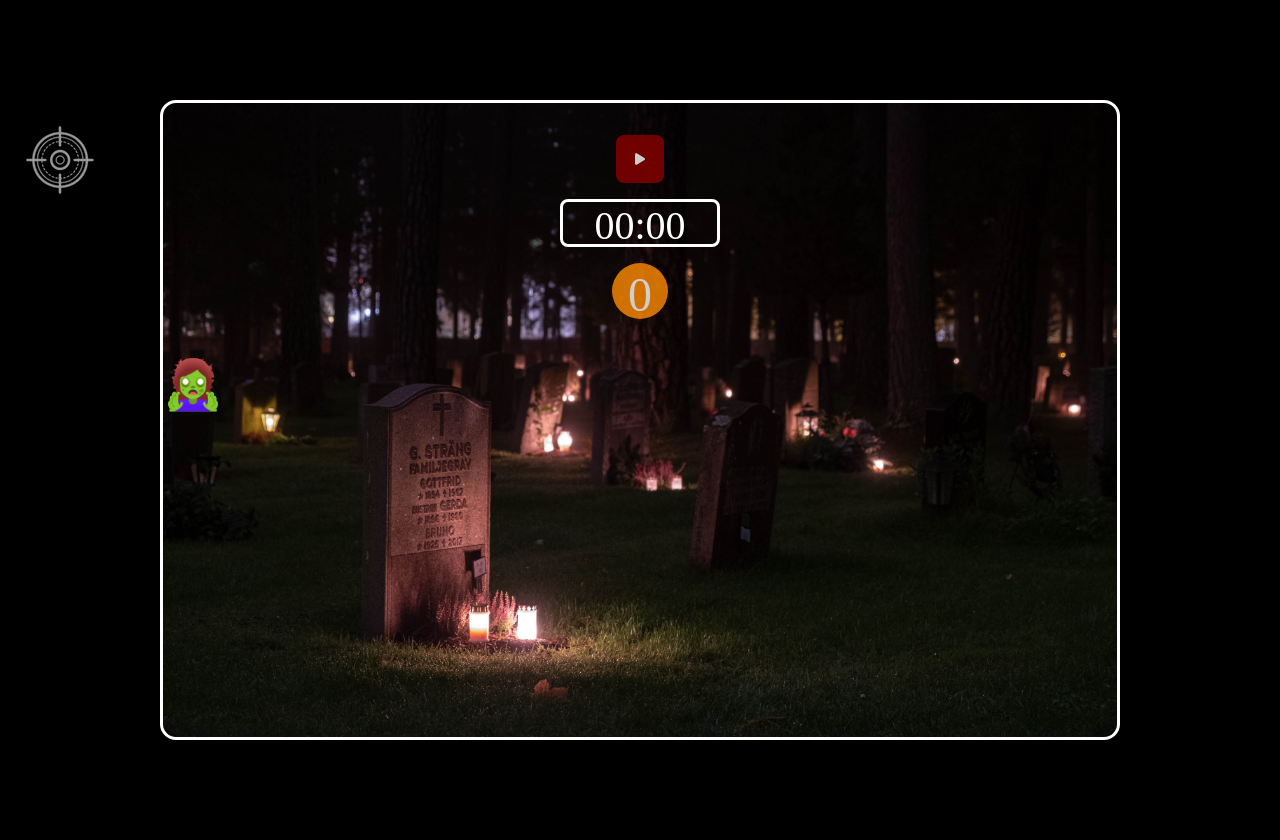
Repository: MrJinkyu/ZombieGame
Page: index.html
An editor plug-in stored every save of this project. The page is shown before and after the next save, followed by the edit.
The browser window is 1280 px wide. The pictures show the whole page.
Some web libraries are served in a nearby version.

Above is the page before, as saved 2023-04-09 13:29:11.

### index.html
<!DOCTYPE html>
<html lang="en">
<head>
    <meta charset="UTF-8">
    <meta http-equiv="X-UA-Compatible" content="IE=edge">
    <meta name="viewport" content="width=device-width, initial-scale=1.0">
    <title>Zombie Game</title>
    <link rel="stylesheet" href="style.css">
    <script src="main.js" defer></script>
    <script src="https://kit.fontawesome.com/83424fe51a.js" crossorigin="anonymous"></script>
</head>
<body>
    <img src="img/target.png" alt="target" class="game__target">
    <section class="game">
        <haeder class="game__header">
            <button class="game__btn">
                <i class="fa-sharp fas fa-play"></i>
            </button>
            <span class="game__timer">00:00</span>
            <span class="game__score">0</span>
        </haeder>
        <section class="game__field">
            <span class="zombie">🧟‍♂️</span>
            <span class="zombie">🧟</span>
            <span class="zombie">🧟‍♀️</span>
        </section>
    </section>
    <section class="pop-up">
        <button class="pop-up__refresh">
            <i class="fa fa-rotate-right"></i>
        </button>
        <div class="pop-up__message">Replay❓</div>
    </section>
</body>
</html>

### style.css
*{
    box-sizing: border-box;
    margin: 0;
    padding: 0;
}

body{
    background-color: black;
}

.game{
    background: url('img/background.jpg') center/cover;
    width: 60rem;
    height: 40rem;
    border: 0.2rem solid white;
    border-radius: 1rem;
    margin: 100px auto;
}

.game__target{
    position: absolute;
    opacity: 0.6;
    z-index: 1;
}

.game__header{
    display: flex;
    flex-direction: column;
    align-items: center;
    height: 40%;
}

.game__btn{
    margin-top: 2rem;
    width: 3rem;
    height: 3rem;
    background-color: darkred;
    color: white;
    border: none;
    border-radius: 0.5rem;
    outline: none;
    opacity: 0.8;
    transition: all 200ms ease-in;
    z-index: 1;
}

.game__btn:hover{
    transform: scale(1.1);
    opacity: 1;
}

.game__timer{
    margin-top: 1rem;
    width: 10rem;
    height: 3rem;
    border-radius: 0.5rem;
    border: 3px solid white;
    color: white;
    line-height: 3rem;
    font-size: 2.5rem;
    cursor: auto;
    user-select: none;
    text-align: center;
}

.game__score{
    margin-top: 1rem;
    width: 3.5rem;
    height: 3.5rem;
    font-size: 3rem;
    line-height: 4rem;
    border-radius: 50%;
    background-color: darkorange;
    color: white;
    cursor: auto;
    user-select: none;
    opacity: 0.8;
    text-align: center;
}

.game__field{
    width: 100%;
    height: 60%;
    position: relative;
}

.zombie{
    position: absolute;
    font-size: 3rem;
    transition: all 200ms ease-in;
}

.zombie:hover{
    transform: scale(1.1);
}

.pop-up{
    width: 25rem;
    height: 10rem;
    background-color: #00000090;
    text-align: center;
    margin: 0 auto;
    transform: translateY(-20rem);
    display: none;

}

.pop-up.vidible{
    display: block;

}

.pop-up__refresh{
    width: 3rem;
    height: 3rem;
    margin-top: 2rem;
    background-color: white;
    color: darkorange;
    border-radius: 50%;
    border: 2px solid darkorange;
    font-size: 1.5rem;
    transition: all 200ms ease-in;
}

.pop-up__refresh:hover{
    transform: rotate(360deg);
}

.pop-up__message{
    margin-top: 0.5rem;
    color: red;
    font-size: 2rem;
}

### main.js
'use strict';

const gameField = document.querySelector('.game__field');
const fieldRect = gameField.getBoundingClientRect();
const zombie = document.querySelector('.zombie');
const zombieRect = zombie.getBoundingClientRect();

function init(){
    addZombie('zombie','🧟‍♂️',3);
    addZombie('zombie','🧟',3);
    addZombie('zombie','🧟‍♀️',3);
}

function addZombie(className,zombieType,count){
    for(let i=0; i<count; i++){
        const zombie = document.createElement('span');
        zombie.setAttribute('class',className);
        zombie.innerHTML = zombieType;
        const x = randomNumber(fieldRect.width-zombieRect.width);
        const y = randomNumber(fieldRect.height-zombieRect.height);
        zombie.style.left = `${x}px`;
        zombie.style.top = `${y}px`;
        gameField.appendChild(zombie);
    }
}

function randomNumber(max){
    return Math.floor(Math.random()*max);
}

























const target = document.querySelector('.game__target');
const field = document.querySelector('.game__field');

window.addEventListener('load',()=>{
    const targetRect = target.getBoundingClientRect();
    document.addEventListener('mousemove',(e)=>{
        target.style.transform = `translate(${e.clientX-targetRect.width/2}px,${e.clientY-targetRect.height/2-100}px)`;
    });
});

After the next save:
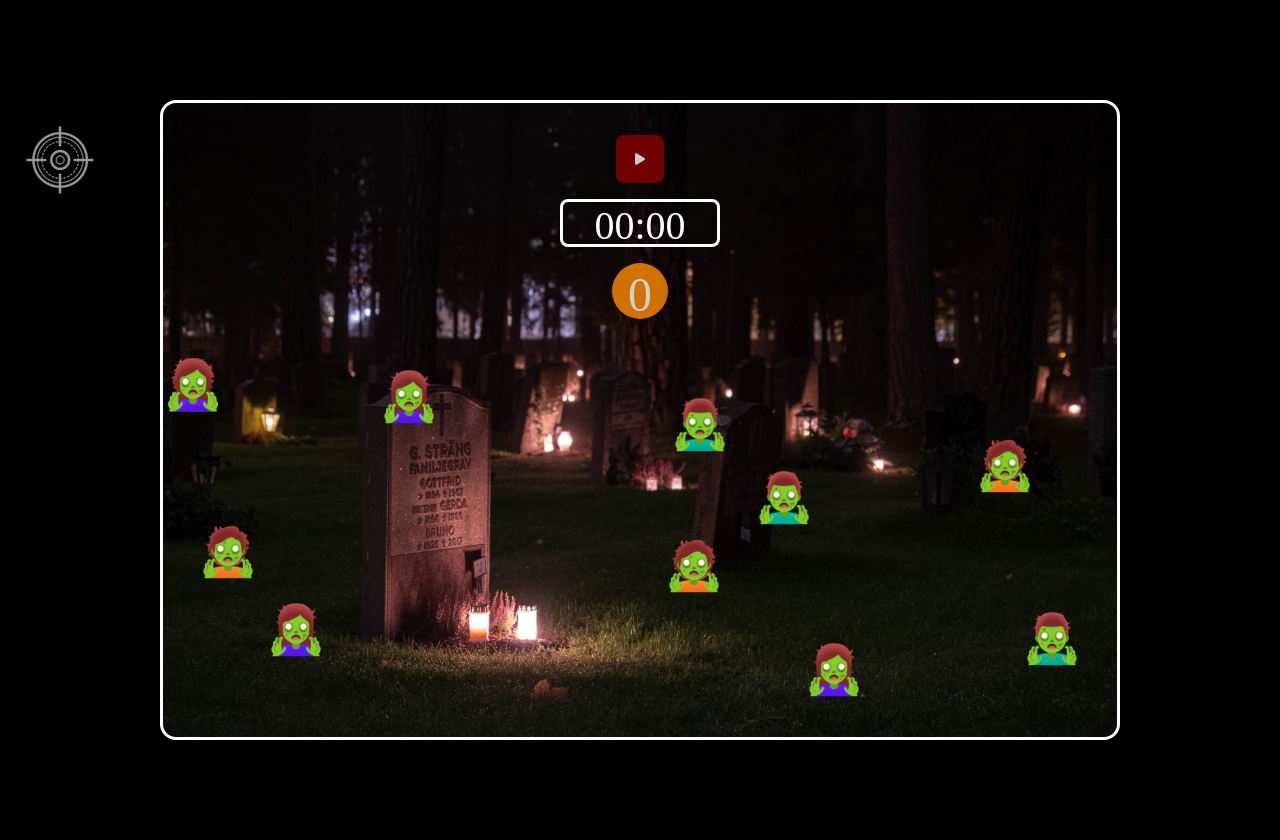
Saved 13 s later.
--- a/main.js
+++ b/main.js
@@ -4,6 +4,8 @@ const gameField = document.querySelector('.game__field');
 const fieldRect = gameField.getBoundingClientRect();
 const zombie = document.querySelector('.zombie');
 const zombieRect = zombie.getBoundingClientRect();
+
+init();
 
 function init(){
     addZombie('zombie','🧟‍♂️',3);
